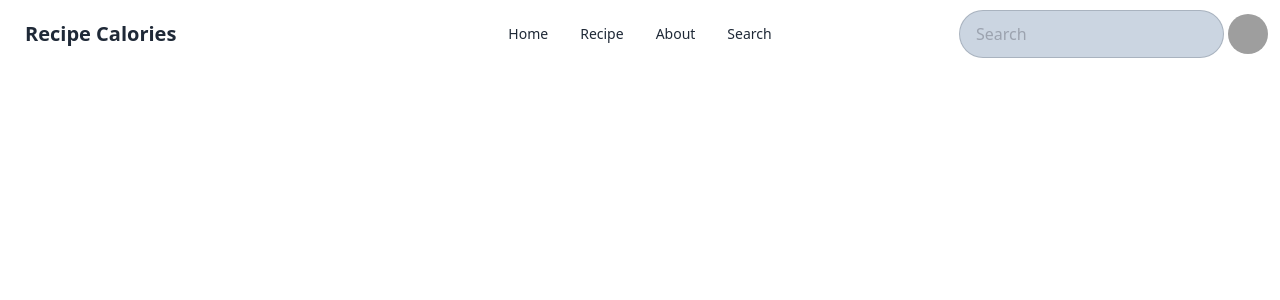
Repository: RudrasahaDibos/Chefs-table
Page: /
The author's editor kept a copy of each file at every save. The page is drawn from the files as they stood at one save, then again after a run of saves.
The browser window is 1280 px wide. The pictures show the whole page.
Pictures or frames that could not be fetched are drawn as grey boxes. The project was rebuilt for these pictures with package versions that can differ from the ones it lists, and the page was loaded fresh each time. Also part of the build but not shown: vite.config.js, src/App.css.

Above is the page before, as saved 2024-12-18 21:15:17.

After the next 2 saves:
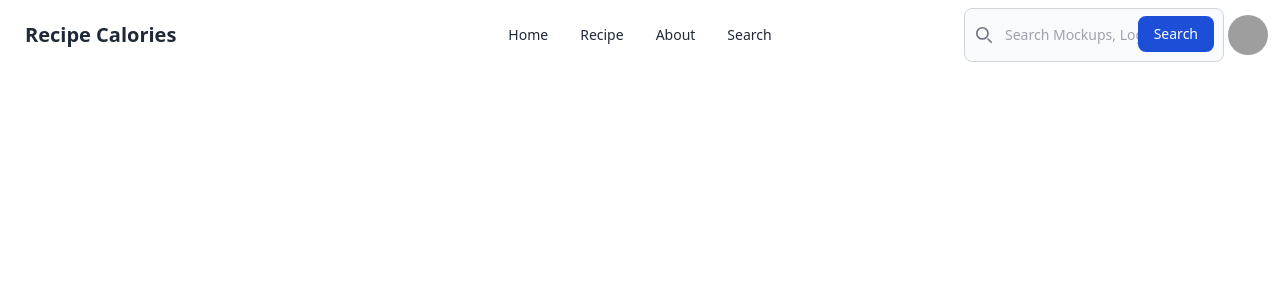
The 2 saves are shown as one change because they came seconds apart.
The last was saved 3 min 17 s later.
--- a/src/Component/Header/Header.jsx
+++ b/src/Component/Header/Header.jsx
@@ -41,7 +41,20 @@ const Header = () => {
   <div className="navbar-end ">
   <div className="form-control ">
 
-          <input type="text" placeholder="Search" className="input bg-slate-300 text-black rounded-full input-bordered w-24 md:w-auto"   />
+
+<form class="max-w-md mx-auto">
+    <label for="default-search" class="mb-2 text-sm font-medium text-gray-900 sr-only dark:text-white">Search</label>
+    <div class="relative">
+        <div class="absolute inset-y-0 start-0 flex items-center ps-3 pointer-events-none">
+            <svg class="w-4 h-4 text-gray-500 dark:text-gray-400" aria-hidden="true" xmlns="http://www.w3.org/2000/svg" fill="none" viewBox="0 0 20 20">
+                <path stroke="currentColor" stroke-linecap="round" stroke-linejoin="round" stroke-width="2" d="m19 19-4-4m0-7A7 7 0 1 1 1 8a7 7 0 0 1 14 0Z"/>
+            </svg>
+        </div>
+        <input type="search" id="default-search" class="block w-full p-4 ps-10 text-sm text-gray-900 border border-gray-300 rounded-lg bg-gray-50 focus:ring-blue-500 focus:border-blue-500 dark:bg-gray-700 dark:border-gray-600 dark:placeholder-gray-400 dark:text-white dark:focus:ring-blue-500 dark:focus:border-blue-500" placeholder="Search Mockups, Logos..." required />
+        <button type="submit" class="text-white absolute end-2.5 bottom-2.5 bg-blue-700 hover:bg-blue-800 focus:ring-4 focus:outline-none focus:ring-blue-300 font-medium rounded-lg text-sm px-4 py-2 dark:bg-blue-600 dark:hover:bg-blue-700 dark:focus:ring-blue-800">Search</button>
+    </div>
+</form>
+
 
     </div>
     <div tabIndex="0" role="button" className="btn btn-ghost btn-circle avatar">
